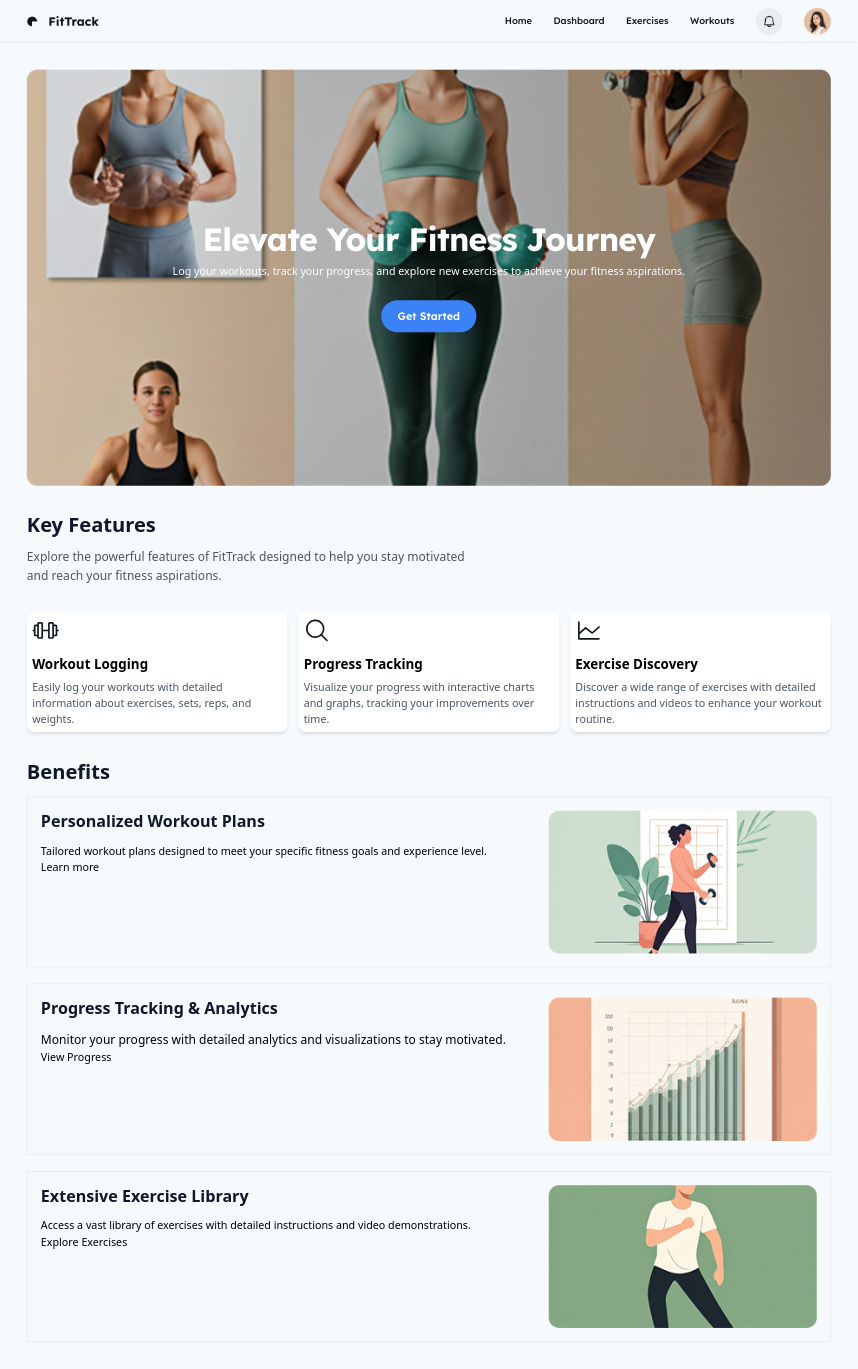
Repository: Emy-gold/fitness-tracking-platform
Page: /
These files come from the project's save history. The page is drawn as it stood at one moment and after the next save; the edit follows.
The browser window is 1280 px wide. The pictures show the whole page, at 67% of full size.
The project was rebuilt for these pictures with package versions that can differ from the ones it lists, and the page was loaded fresh each time. Also part of the build but not shown: vite.config.js, src/Pages/Dashboard.jsx, src/Pages/Exercises.jsx, src/Pages/Workouts.jsx, src/components/Footer.jsx.

Above is the page before, as saved 2025-08-27 23:35:49.

After the next save:
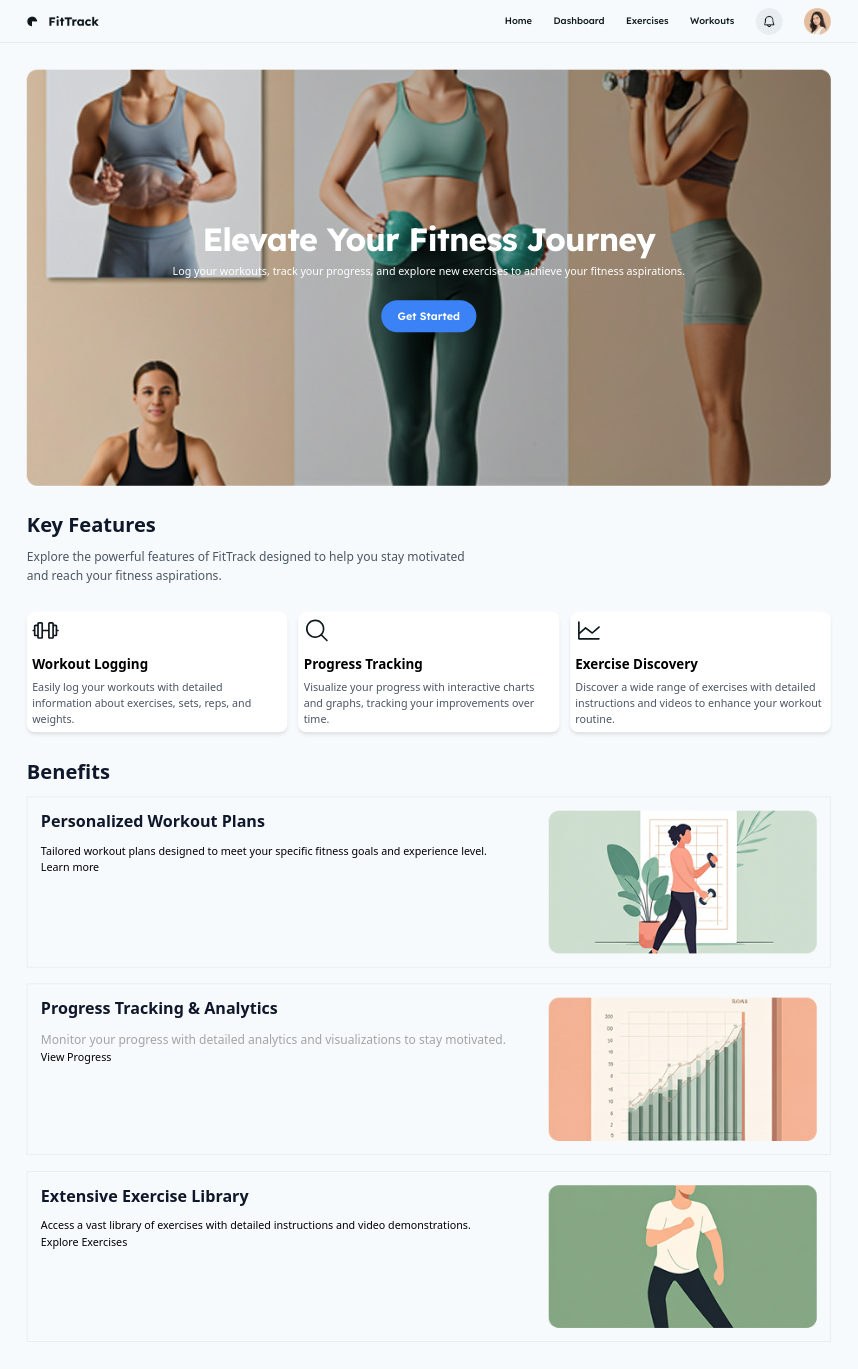
Saved 23 s later.
--- a/src/Pages/Home.jsx
+++ b/src/Pages/Home.jsx
@@ -57,7 +57,7 @@ function Home() {
                         <div className='flex justify-between p-5 border lg:w-[1200px]'>
                             <div className='flex flex-col items-start text-left mr-5'>
                                 <h3 className='text-2xl font-bold mb-4 text-slate-900'>Progress Tracking & Analytics</h3>
-                                <p className='text-lg '>Monitor your progress with detailed analytics and visualizations to stay motivated.</p>
+                                <p className='text-lg text-neutral-400'>Monitor your progress with detailed analytics and visualizations to stay motivated.</p>
                                 <button>View Progress</button>
                             </div>
                             <img src={img2} className='lg:w-[400px]' />
